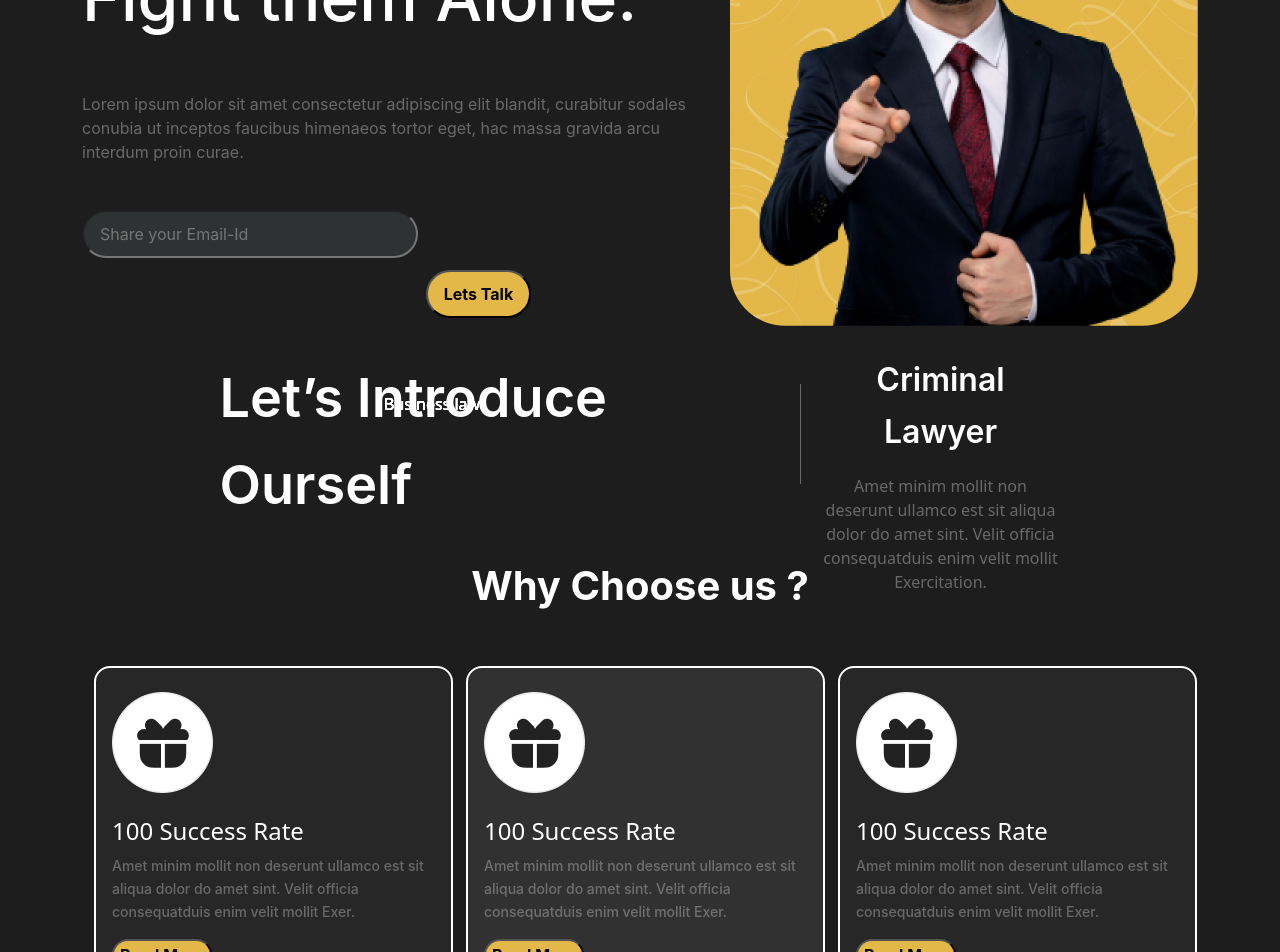
Repository: Senthil-Bala/LawFirm
Page: /
These files come from the project's save history. The page is drawn as it stood at one moment and after the next save; the edit follows.
The browser window is 1280 px wide. The pictures show the part of the page from y = 288 to 1240 px (the page is 3939 px tall).
The project was rebuilt for these pictures with package versions that can differ from the ones it lists, and the page was loaded fresh each time. Also part of the build but not shown: src/App.css, src/Components/Frequents/Accordionss.css, src/Components/Frequents/Accordionss.jsx.

Above is the page before, as saved 2023-11-29 18:47:48.

After the next save:
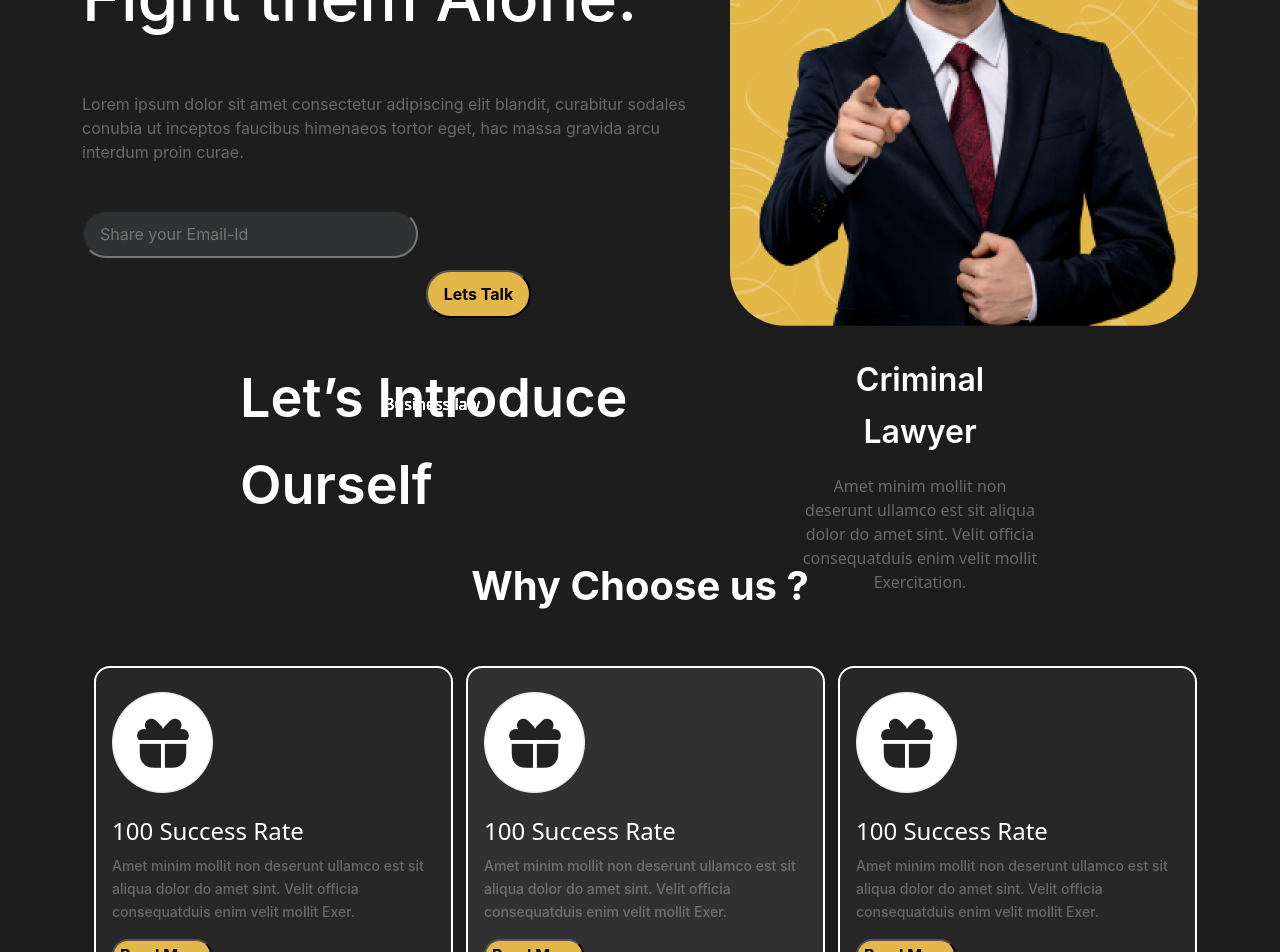
Saved 16 s later.
--- a/src/Components/Mainss/Main.jsx
+++ b/src/Components/Mainss/Main.jsx
@@ -9,7 +9,7 @@ function Main() {
     <div className="left">
         <p>Let’s Introduce <br /> Ourself</p>
     </div>
-    <div className="vertical-line"></div>
+    {/* <div className="vertical-line"></div> */}
     <div className="right">
         <p id="heading">Criminal Lawyer</p>
         <p id="subHeading">
